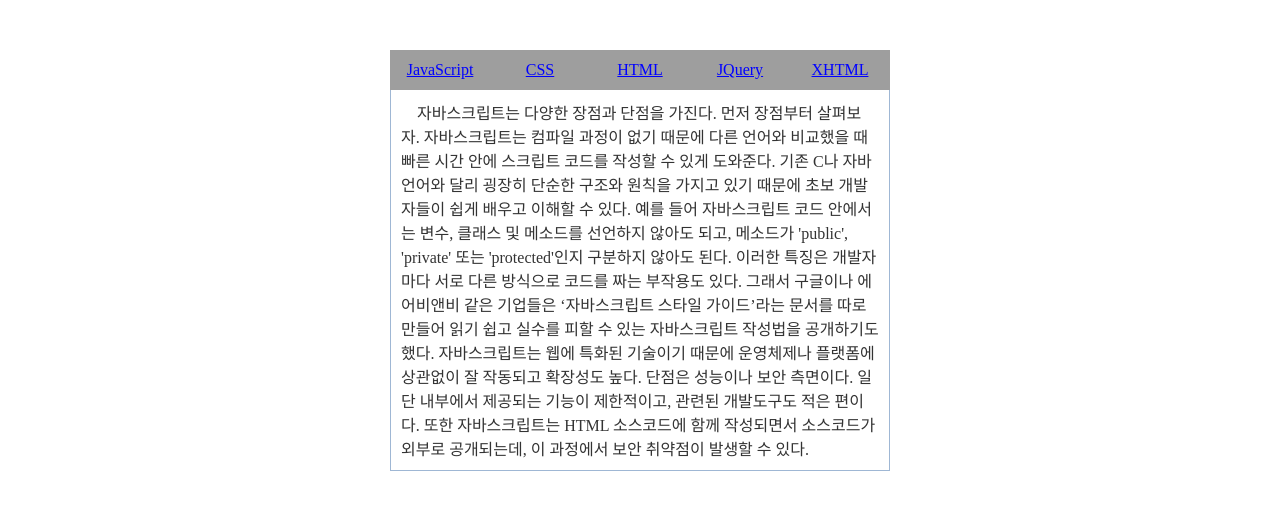
Repository: RYE415/4.jsp
Page: JQueryTest/src/main/webapp/4.effect/03.TabMenu.html
These files come from the project's save history. The page is drawn as it stood at one moment and after the next save; the edit follows.
The browser window is 1280 px wide. The pictures show the whole page.
After loading, the first visible `a.selected` was clicked once.
Pictures or frames that could not be fetched are drawn as grey boxes.

Above is the page before, as saved 2022-08-04 01:32:36.

After the next save:
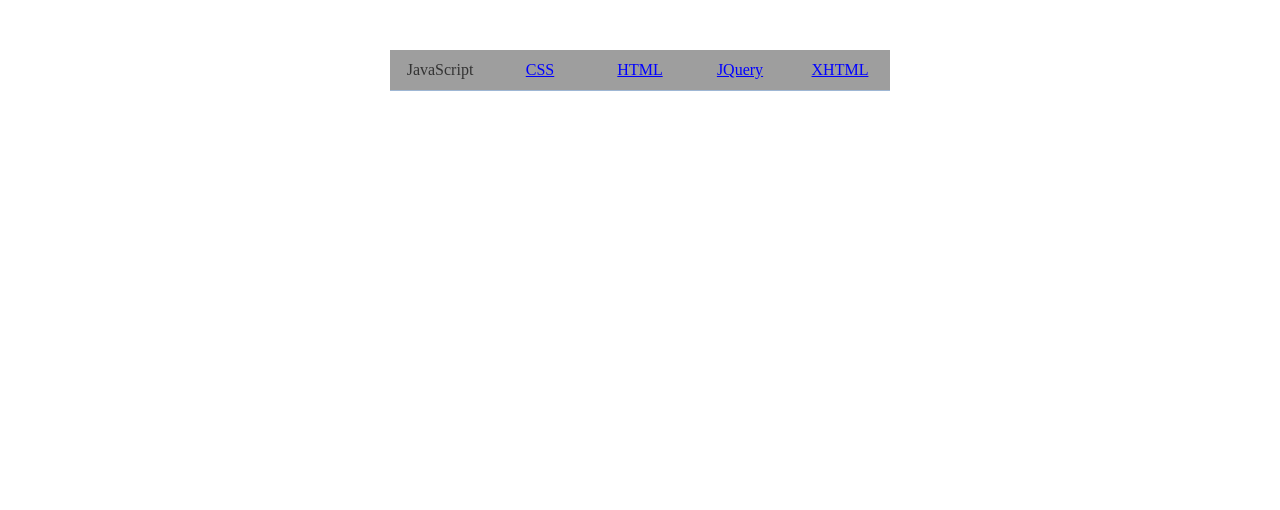
Saved 5 min 1 s later.
--- a/JQueryTest/src/main/webapp/4.effect/03.TabMenu.html
+++ b/JQueryTest/src/main/webapp/4.effect/03.TabMenu.html
@@ -55,7 +55,9 @@
 	  $("ul.panel li:not("+$("ul.tab li a.selected").attr("href")+")").hide();
 	  $("ul.tab li a").click(function(){
 		  $("ul.tab li a").removeClass("selected");//현재 선택된 탭 스타일 해제
-
+		  $(this).addClass("selected");//현재 방금 선택된 탭을 스타일 적용
+		  $("ul.panel li").hide();//전의 내용을 전부 감추기
+		  $($(this).attr("href")).hide();
 	  })
   })
 </script>

After the save that followed:
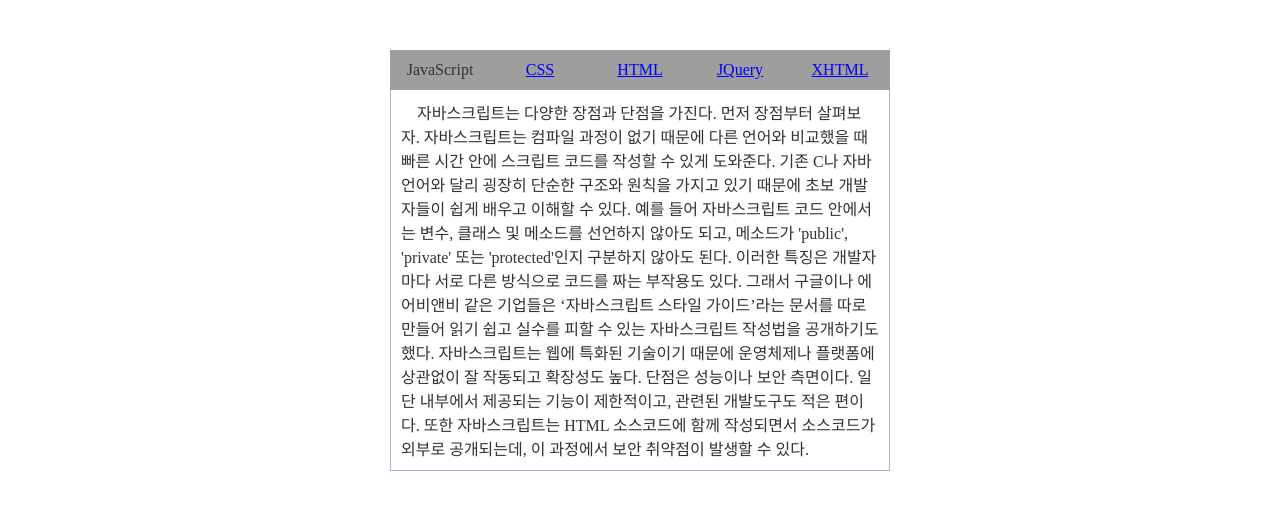
Saved 115 s later.
--- a/JQueryTest/src/main/webapp/4.effect/03.TabMenu.html
+++ b/JQueryTest/src/main/webapp/4.effect/03.TabMenu.html
@@ -57,7 +57,7 @@
 		  $("ul.tab li a").removeClass("selected");//현재 선택된 탭 스타일 해제
 		  $(this).addClass("selected");//현재 방금 선택된 탭을 스타일 적용
 		  $("ul.panel li").hide();//전의 내용을 전부 감추기
-		  $($(this).attr("href")).hide();
+		  $($(this).attr("href")).show();//
 	  })
   })
 </script>
